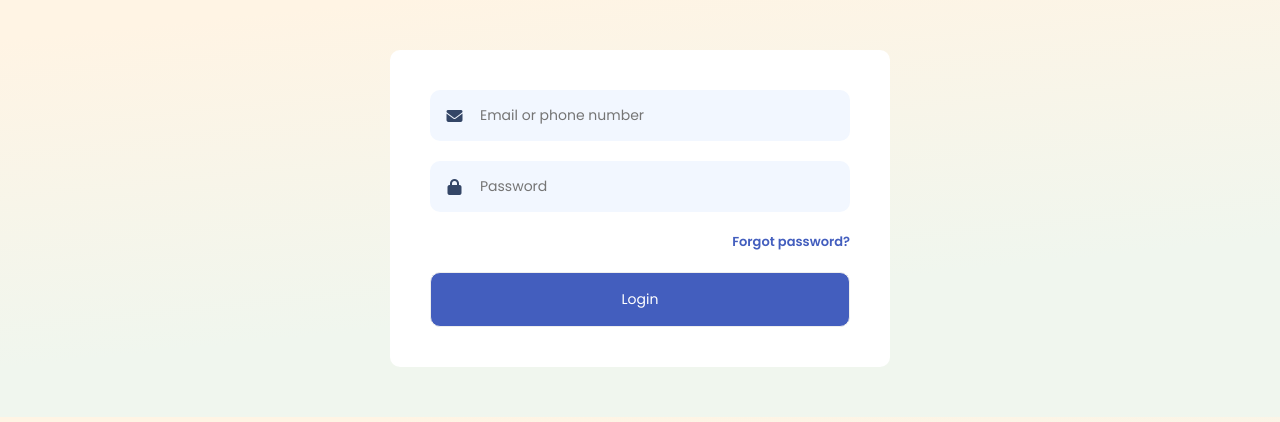
Repository: VuTuanAnh0949/loginForm
Page: index.html
These files come from the project's save history. The page is drawn as it stood at one moment and after the next save; the edit follows.
The browser window is 1280 px wide. The pictures show the whole page.

Above is the page before, as saved 2022-04-15 21:07:01.

After the next save:
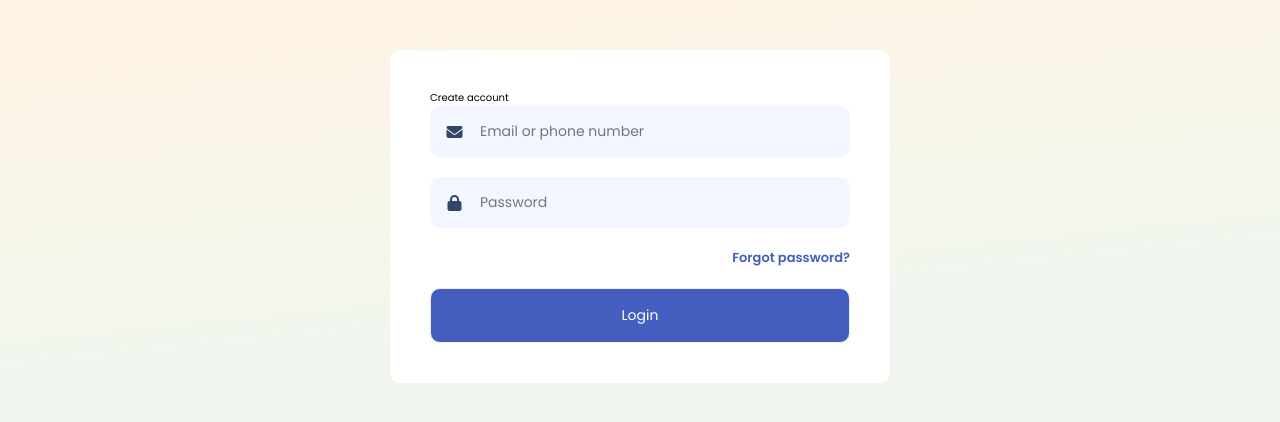
Saved 72 s later.
--- a/index.html
+++ b/index.html
@@ -14,6 +14,9 @@
 </head>
 <body>
   <div class="login">
+    <div class="login__heading">
+      Create account
+    </div>
     <div class="login-field">
       <i class="fa-solid fa-envelope login-icon"></i>
       <input type="email" class="login-input" placeholder="Email or phone number">
